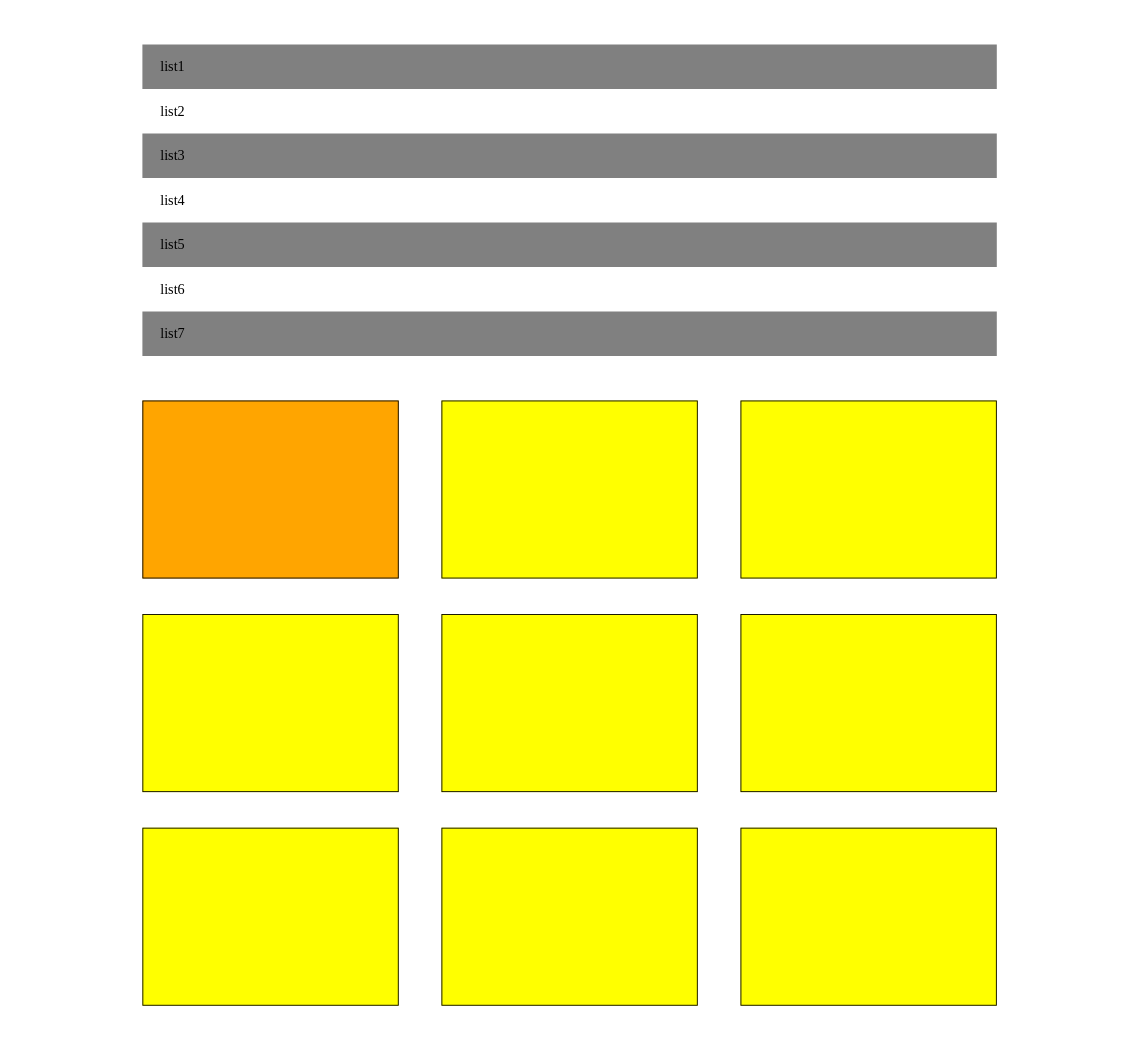
Repository: yukito7878/HTML-CSS-practice
Page: caravan/index8-practice.html
The author's editor kept a record of every edit. The page is drawn from the files as they stood at one moment, then again after the next edit.
The browser window is 1280 px wide. The pictures show the whole page, at 89% of full size.

Above is the page before.

### caravan/index8-practice.html
<!DOCTYPE html>
<html lang="ja">
  <head>
    <meta charset="UTF-8" />
    <!-- CSSファイルの読み込み -->
    <link rel="stylesheet" href="style8-practice.css" />
    <title>CARAVAN</title>
  </head>

  <body>

    <main class="big-block">
      <div class="list-block">
        <div class="list">list1</div>
        <div class="list">list2</div>
        <div class="list">list3</div>
        <div class="list">list4</div>
        <div class="list">list5</div>
        <div class="list">list6</div>
        <div class="list">list7</div>
      </div>
      <div class="big-color-block">
        <div class="color-blocks">
          <div class="a-color-block"></div>
          <div class="a-color-block"></div>
          <div class="a-color-block"></div>
        </div>
        <div class="color-blocks">
          <div class="a-color-block"></div>
          <div class="a-color-block"></div>
          <div class="a-color-block"></div>
        </div>
        <div class="color-blocks">
          <div class="a-color-block"></div>
          <div class="a-color-block"></div>
          <div class="a-color-block"></div>
        </div>

      </div>
    </main>

  </body>
</html>

### caravan/style8-practice.css
*{
  margin: 0;
  padding: 0;
  box-sizing: border-box;
}

.big-block{
  display: flex;
  flex-direction: column;
  width: 960px;
  margin: 50px auto;
}

.list-block{
  display: flex;
  flex-direction: column;
}

.list{
  height: 50px;
  width: 100%;
  display: flex;
  align-items: center;
  padding: 20px 20px;
}

.list:nth-child(odd){
  background-color: gray;
}

.big-color-block{
  margin-top: 50px;
}

.color-blocks:nth-child(2){
  margin-top: 40px;
}

.color-blocks:nth-child(3){
  margin-top: 40px;
}

.color-blocks{
  width: 960px;
  display: flex;
  justify-content: center;
}

.a-color-block{
  height: 200px;
  width: 30%;
  border: 1px solid black;
  background-color: yellow;
}

.a-color-block:nth-child(1){
  margin-right: 5%;
}

.a-color-block:nth-child(3){
  margin-left: 5%;
}

.color-blocks:nth-child(1) .a-color-block:nth-child(1){
  background-color: orange;
}

.color-blocks:nth-child(1) .a-color-block:nth-child(1){
  background-color: orange;
}

.color-blocks:nth-child(1) .a-color-block:nth-child(1){
  background-color: orange;
}

After the next edit:
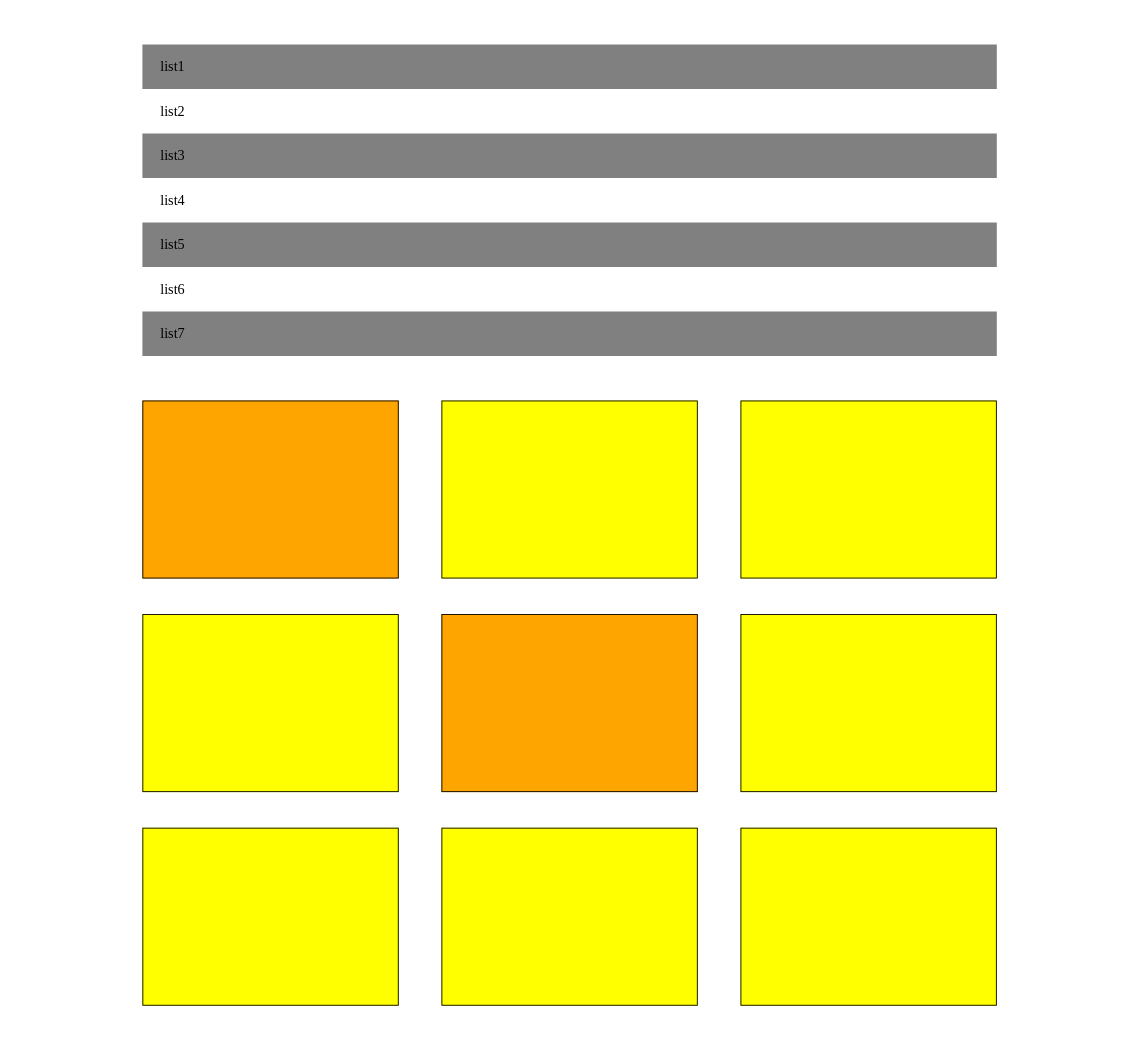
The edit:
--- a/caravan/style8-practice.css
+++ b/caravan/style8-practice.css
@@ -65,7 +65,7 @@
   background-color: orange;
 }
 
-.color-blocks:nth-child(1) .a-color-block:nth-child(1){
+.color-blocks:nth-child(2) .a-color-block:nth-child(2){
   background-color: orange;
 }
 
